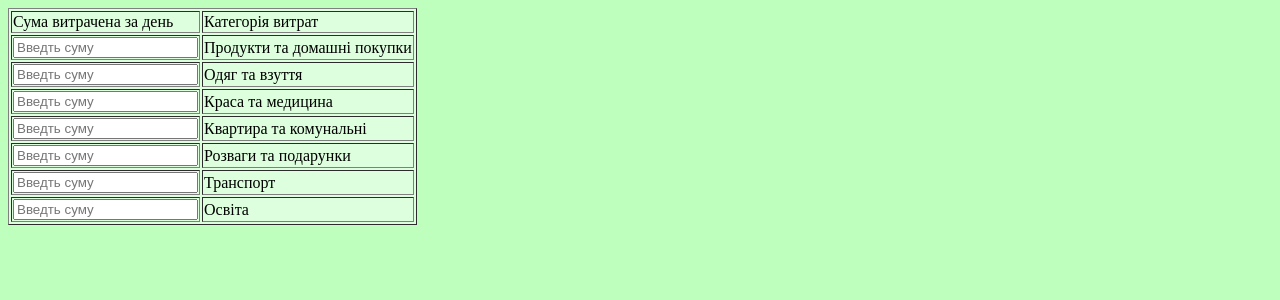
Repository: alexandrastarovoyda-star/Planer2
Page: index.html
These files come from the project's save history. The page is drawn as it stood at one moment and after the next save; the edit follows.
The browser window is 1280 px wide. The pictures show the whole page.

Above is the page before, as saved 2026-03-23 14:13:32.

After the next save:
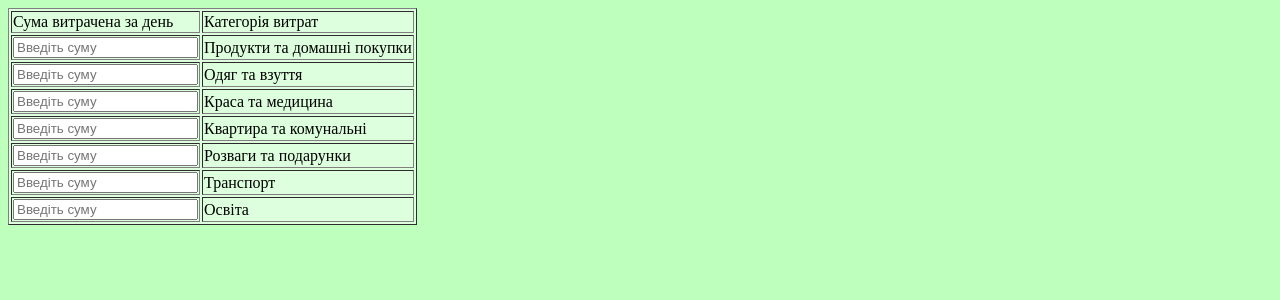
Saved 59 s later.
--- a/index.html
+++ b/index.html
@@ -1,6 +1,7 @@
 <!DOCTYPE html>
 <html lang="uk">
     <head>
+            <meta charset="UTF-8">
             <title>Планер бюджету</title>
             <link rel="stylesheet" href="css/all.css">
             <link rel="stylesheet" href="css/index.css">
@@ -11,25 +12,25 @@
                 <td>Сума витрачена за день</td><td>Категорія витрат</td>
             </tr>
             <tr>
-                <td><input type="number" placeholder="Введть суму"></td><td>Продукти та домашні покупки</td>
+                <td><input type="number" placeholder="Введіть суму"></td><td>Продукти та домашні покупки</td>
             </tr>
             <tr>
-                <td><input type="number" placeholder="Введть суму"></td><td>Одяг та взуття</td>
+                <td><input type="number" placeholder="Введіть суму"></td><td>Одяг та взуття</td>
             </tr>
             <tr>
-                <td><input type="number" placeholder="Введть суму"></td><td>Краса та медицина</td>
+                <td><input type="number" placeholder="Введіть суму"></td><td>Краса та медицина</td>
             </tr>
             <tr>
-                <td><input type="number" placeholder="Введть суму"></td><td>Квартира та комунальні</td>
+                <td><input type="number" placeholder="Введіть суму"></td><td>Квартира та комунальні</td>
             </tr>
             <tr>
-                <td><input type="number" placeholder="Введть суму"></td><td>Розваги та подарунки</td>
+                <td><input type="number" placeholder="Введіть суму"></td><td>Розваги та подарунки</td>
             </tr>
             <tr>
-                <td><input type="number" placeholder="Введть суму"></td><td>Транспорт</td>
+                <td><input type="number" placeholder="Введіть суму"></td><td>Транспорт</td>
             </tr>
             <tr>
-                <td><input type="number" placeholder="Введть суму"></td><td>Освіта</td>
+                <td><input type="number" placeholder="Введіть суму"></td><td>Освіта</td>
             </tr>
         </table>
     </body>
